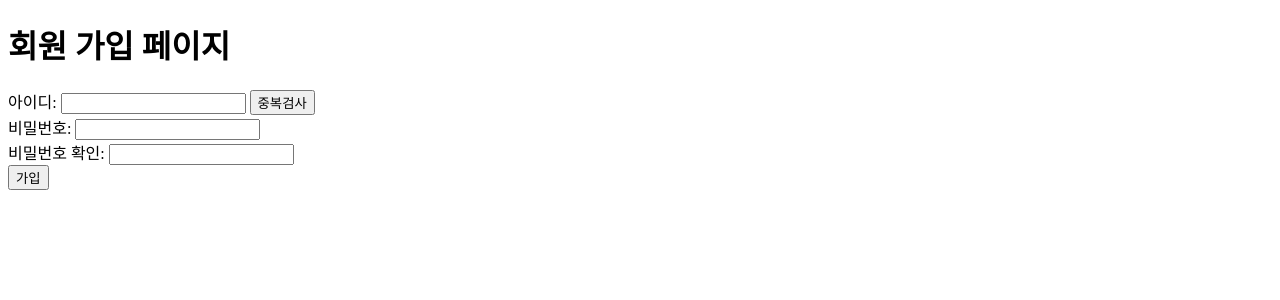
Repository: woneeseo/javastudy
Page: htmlStudy/workspace_html/HelloWorld/WebContent/d.html
The author's editor kept a copy of each file at every save. The page is drawn from the files as they stood at one save, then again after the next save.
The browser window is 1280 px wide. The pictures show the whole page.

Above is the page before, as saved 2020-12-04 07:10:42.

After the next save:
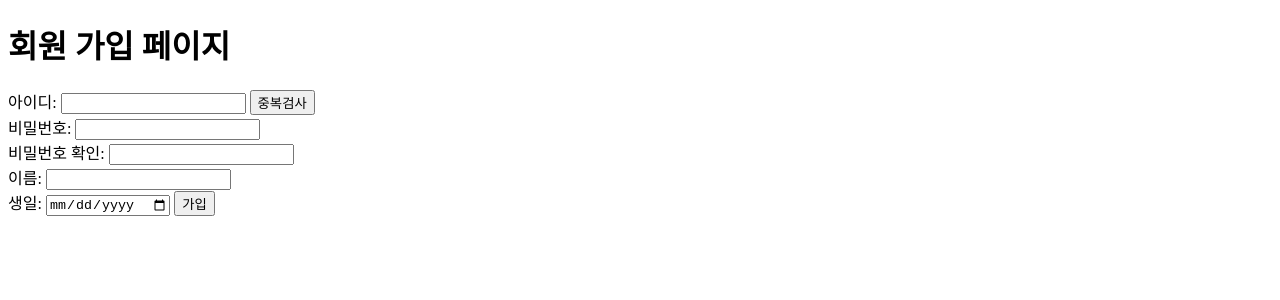
Saved 5 min 56 s later.
--- a/htmlStudy/workspace_html/HelloWorld/WebContent/d.html
+++ b/htmlStudy/workspace_html/HelloWorld/WebContent/d.html
@@ -15,12 +15,22 @@
 	<!-- lable : 직접 input태그를 클릭하지 않아도 레이블 부분을 클릭하면 커서가 input창으로 감 -->
 	<!-- id와 label을 묶어 줄 때에는 별도의 id를 만들어서 label태그에 for를 이용해 묶어준다. -->
 	<br>
+
 	<label for="pw1">비밀번호: </label>
 	<input id="pw1" type="password" name="pw1">
 	<br>
+
 	<label for="pw2">비밀번호 확인: </label>
 	<input id="pw2" type="password" name="pw2">
 	<br>
+
+	<label for="name">이름: </label>
+	<input id="name" name="name">
+	<br>
+
+	<label for="birth">생일: </label>
+	<input id="birth" type="date" name="birth">
+
 	<input type="submit" value="가입">
 
 </form>
